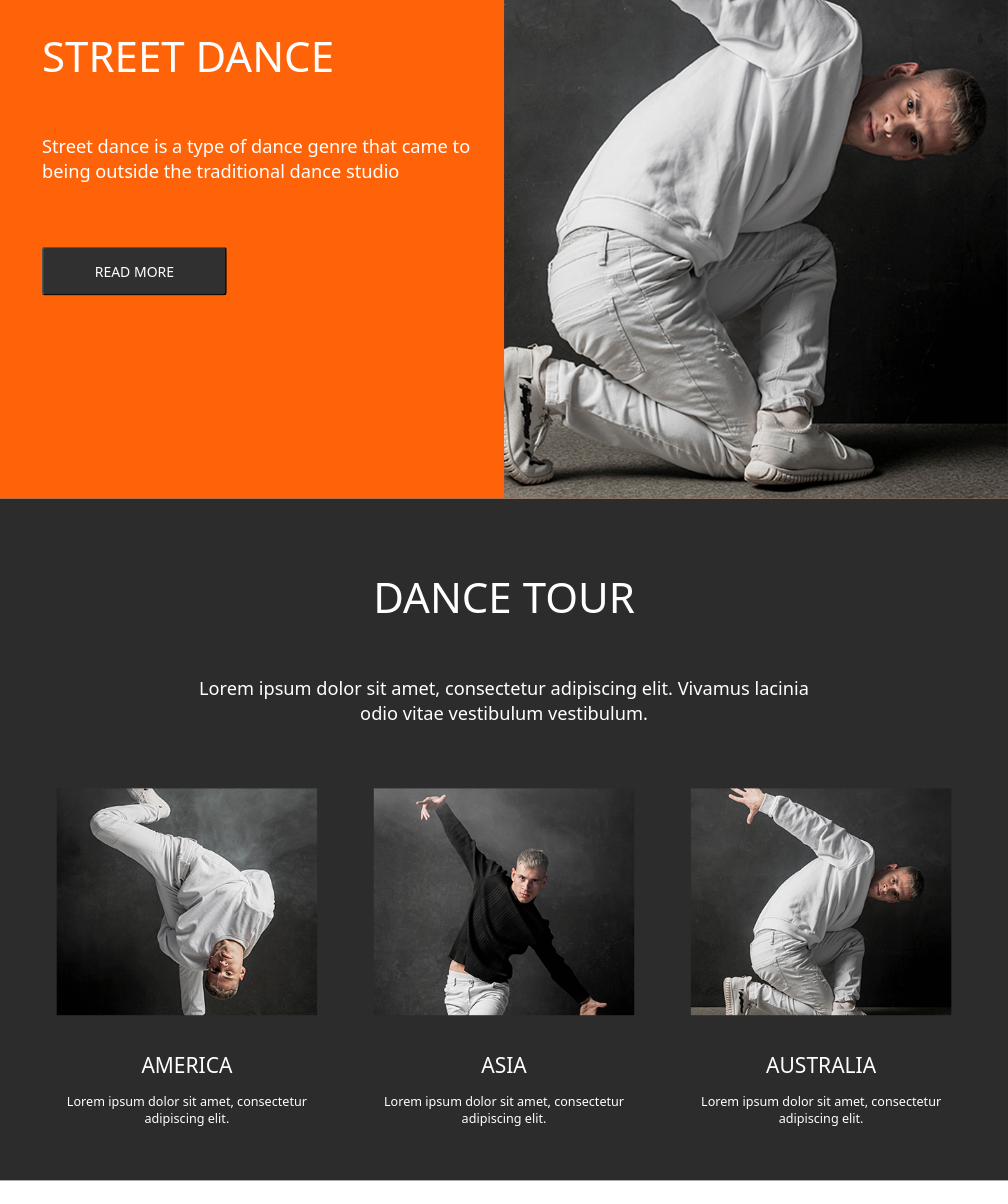
Repository: KinD2704/Web-University
Page: Bai30/index.html
These files come from the project's save history. The page is drawn as it stood at one moment and after the next save; the edit follows.
The browser window is 1280 px wide. The page is 1440 px wide, so the pictures cover 1440 px, including what lies to the right of the window. The pictures show the part of the page from y = 4045 to 5765 px (the page is 5765 px tall), at 70% of full size.

Above is the page before, as saved 2023-12-23 21:58:08.

After the next save:
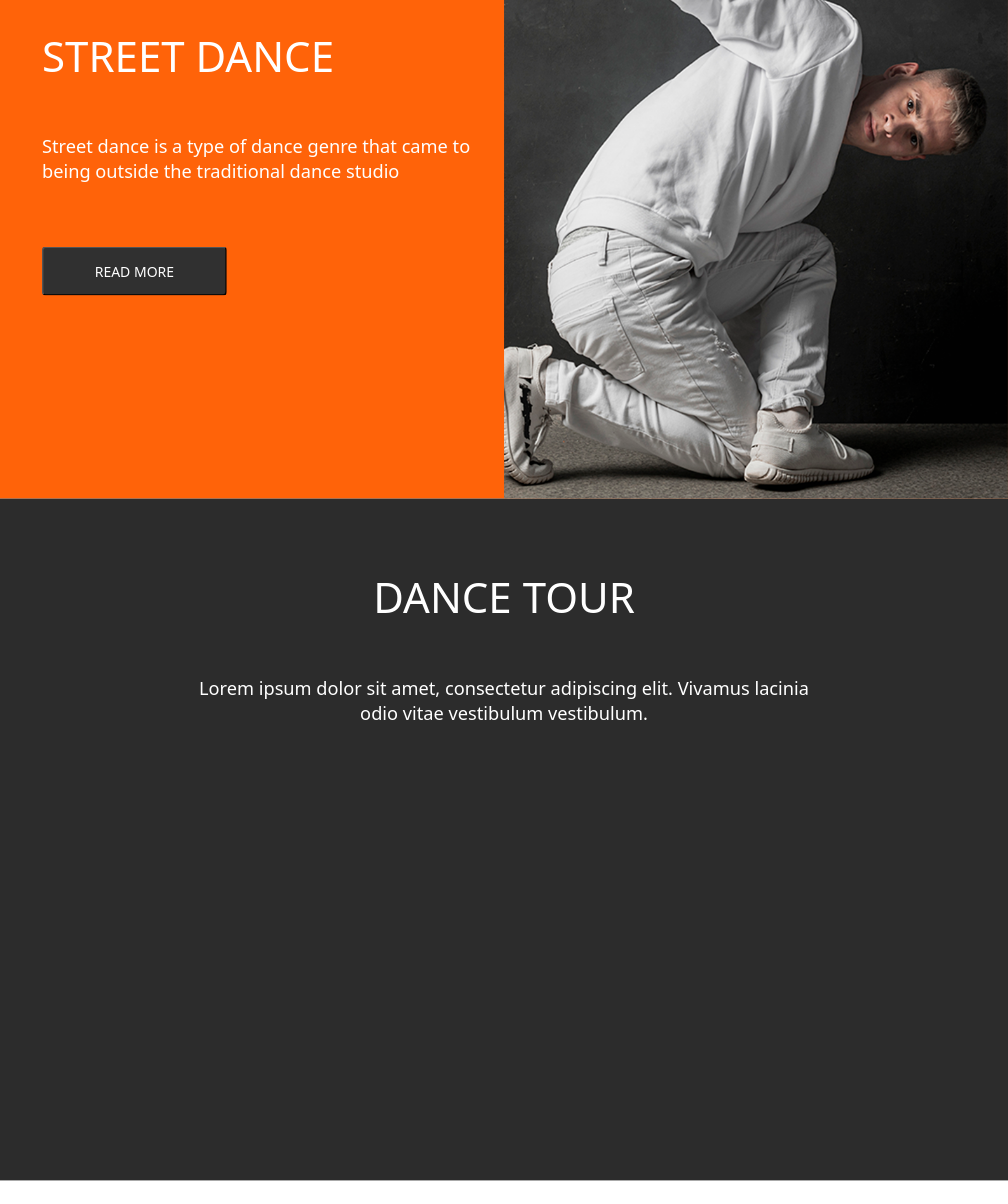
Saved 14 s later.
--- a/Bai30/index.html
+++ b/Bai30/index.html
@@ -139,28 +139,10 @@
                 </div>
                 <div class="banner2__item">
                     <div class="banner2__item1">
-                        <img src="img/item1.png" alt="" />
-                        <p>AMERICA</p>
-                        <p>
-                            Lorem ipsum dolor sit amet, consectetur adipiscing
-                            elit.
-                        </p>
                     </div>
                     <div class="banner2__item1">
-                        <img src="img/item2.png" alt="" />
-                        <p>ASIA</p>
-                        <p>
-                            Lorem ipsum dolor sit amet, consectetur adipiscing
-                            elit.
-                        </p>
                     </div>
                     <div class="banner2__item1">
-                        <img src="img/item3.png" alt="" />
-                        <p>AUSTRALIA</p>
-                        <p>
-                            Lorem ipsum dolor sit amet, consectetur adipiscing
-                            elit.
-                        </p>
                     </div>
                 </div>
         </div>
